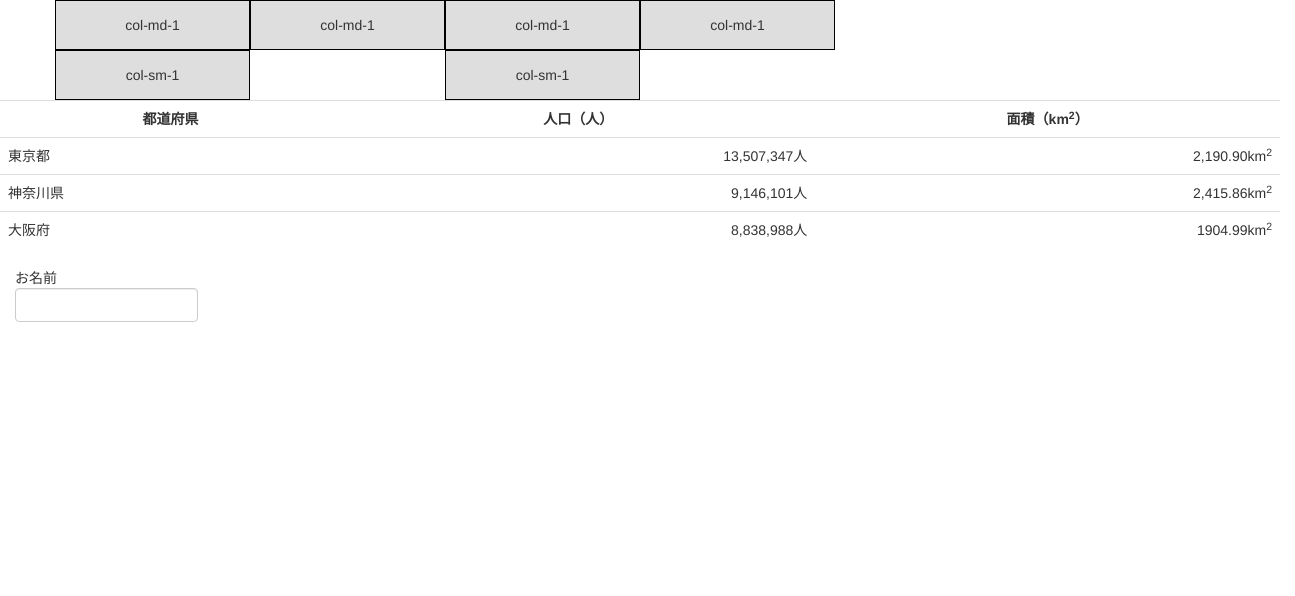
Repository: honokah/microposts
Page: Bootstrap/bootstrap_lesson.html
The author's editor kept a record of every edit. The page is drawn from the files as they stood at one moment, then again after the next edit.
The browser window is 1280 px wide. The page is 1280 px wide, then 1295 px, so the pictures cover 1295 px, including what lies to the right of the window. The pictures show the whole page.

Above is the page before.

### Bootstrap/bootstrap_lesson.html
<!DOCTYPE html>
<html>
    <head>
        <meta charset="utf-8">
        <meta http-equiv="X-UA-Compatible" content="IE=edge">
        <meta name="viewport" content="width=device-width, initial-scale=1">
        <link rel="stylesheet" href="bootrap.css">

        <title>Grid System Test</title>

        <!-- Bootstrap CSS-->
        <link rel="stylesheet" href="https://maxcdn.bootstrapcdn.com/bootstrap/3.3.7/css/bootstrap.min.css">
        <!-- jQuery -->
        <script src="https://ajax.googleapis.com/ajax/libs/jquery/1.12.4/jquery.min.js"></script>
        <!-- Bootstrap JavaScript-->
        <script src="https://maxcdn.bootstrapcdn.com/bootstrap/3.3.7/js/bootstrap.min.js"></script>

        <style>
            .row div {
                border: 1px solid #000;
                padding: 1em;
                text-align: center;
                background-color: #dedede;
            }
        </style>

    </head>
    <body>
        <div class="container","col-md-2">
            <div class="row">
                <div class="col-md-2">col-md-1</div>
                <div class="col-md-2">col-md-1</div>
                <div class="col-md-2">col-md-1</div>
                <div class="col-md-2">col-md-1</div>
            </div>

          <div class="row">
               <div class="col-sm-2">col-sm-1</div>
               <div class="col-sm-offset-2 col-sm-2">col-sm-1</div>
          </div>
        </div>

        <table class="table">
    <tr>
        <th class="text-center">都道府県</th>
        <th class="text-center">人口（人）</th>
        <th class="text-center">面積（km<sup>2</sup>）</th>
    </tr>
    <tr>
        <td>東京都</td>
        <td class="text-right">13,507,347人</td>
        <td class="text-right">2,190.90km<sup>2</sup></td>
    </tr>
    <tr>
        <td>神奈川県</td>
        <td class="text-right">9,146,101人</td>
        <td class="text-right">2,415.86km<sup>2</sup></td>
    </tr>
    <tr>
        <td>大阪府</td>
        <td class="text-right">8,838,988人</td>
        <td class="text-right">1904.99km<sup>2</sup></td>
    </tr>
</table>


<form class="col-md-2">
    お名前
    <input type="text" class="form-control">
</form>




    </body>
</html>

### Bootstrap/bootrap.css
@charset"UTF-8";


.table {
  width: 500px;
}

After the next edit:
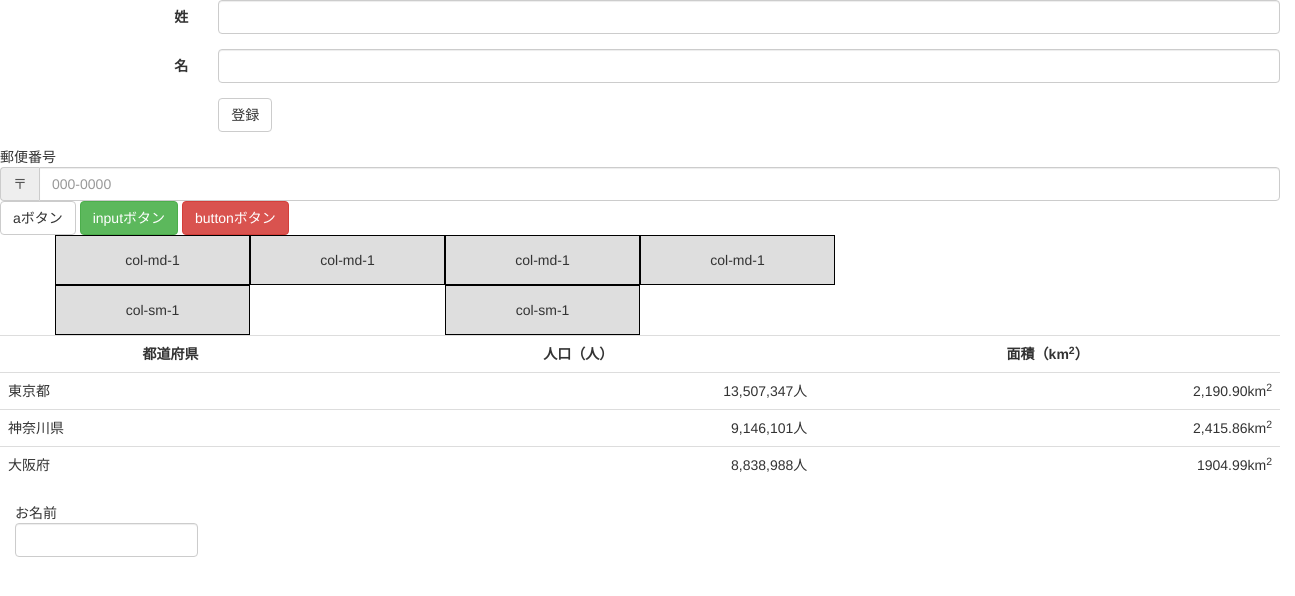
The edit:
--- a/Bootstrap/bootstrap_lesson.html
+++ b/Bootstrap/bootstrap_lesson.html
@@ -25,7 +25,67 @@
         </style>
 
     </head>
+
+
+
     <body>
+
+
+
+<form class="form-horizontal">
+  <!-- "form-group" expresses a row -->
+  <div class="form-group">
+    <label class="col-xs-2 control-label">姓</label>
+    <div class="col-xs-10">
+      <input type="text" class="form-control" name="lastname">
+    </div>
+  </div>
+
+  <!-- row -->
+  <div class="form-group">
+    <label class="col-xs-2 control-label">名</label>
+    <div class="col-xs-10">
+      <input type="text" class="form-control" name="
+      firstname">
+    </div>
+  </div>
+
+  <!-- row -->
+  <div class="form-group">
+    <div class="col-xs-offset-2 col-sm-10">
+      <button type="submit" class="btn btn-default">登録</button>
+    </div>
+  </div>
+</form>
+
+ <form>
+  郵便番号
+  <div class="input-group">
+    <!-- left accessory -->
+    <span class="input-group-addon">〒</span>
+
+    <input type="text" class="form-control" placeholder="000-0000">
+  </div>
+</form>
+
+<a href="https://www.google.co.jp/" class="btn btn-default">aボタン</a>
+<input type="submit" class="btn btn-success" value="inputボタン">
+<button class="btn btn-danger" type="submit">buttonボタン</button>
+
+
+
+
+
+
+
+
+
+
+
+
+
+
+
         <div class="container","col-md-2">
             <div class="row">
                 <div class="col-md-2">col-md-1</div>
